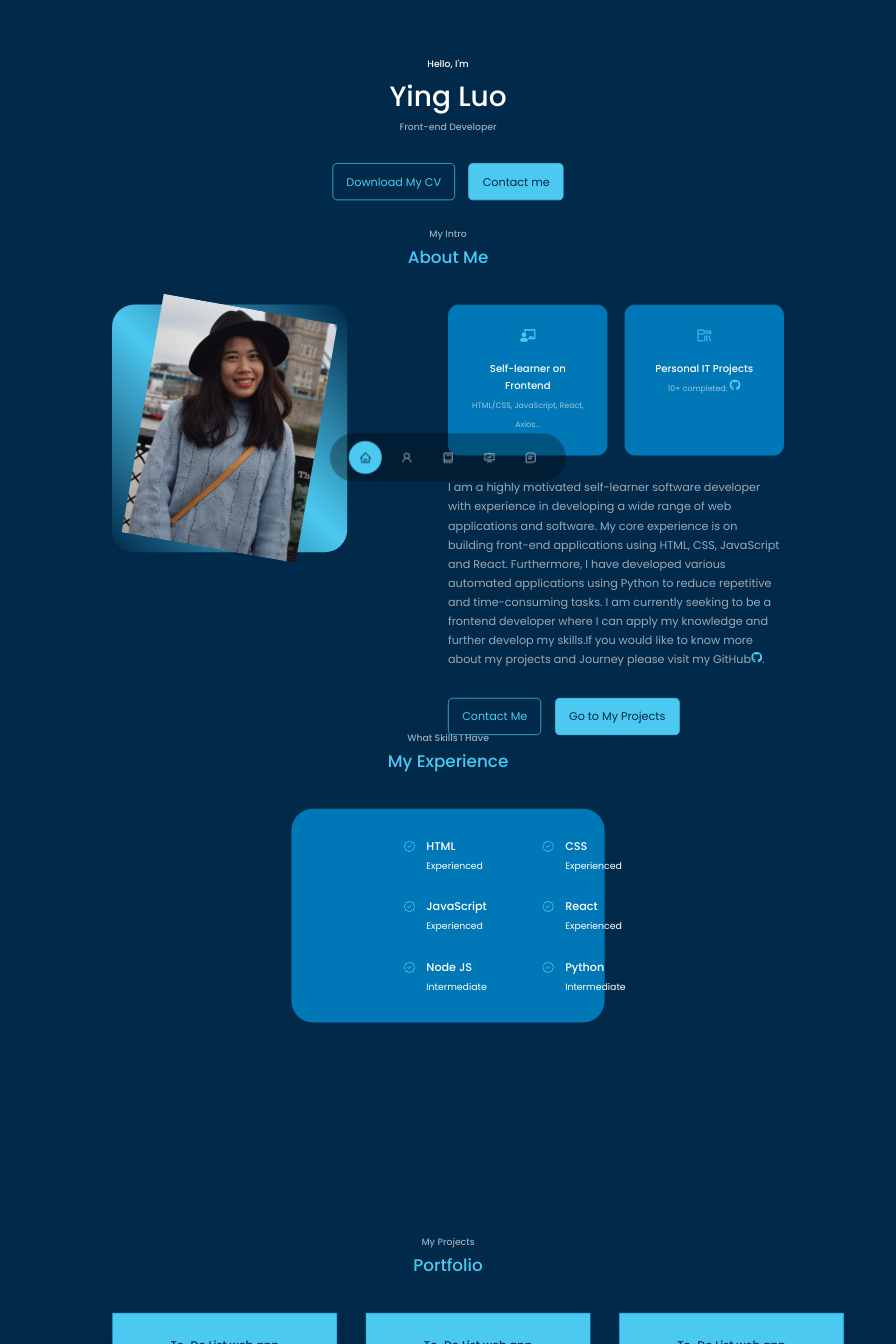
Repository: yingluo1020/react-portfolio-website
Page: /
The author's editor kept a copy of each file at every save. The page is drawn from the files as they stood at one save, then again after the next save.
The browser window is 1280 px wide. The pictures show the part of the page from y = 0 to 1920 px (the page is 3627 px tall before and 3663 px after), at 70% of full size.
The project was rebuilt for these pictures with package versions that can differ from the ones it lists, and the page was loaded fresh each time. Imported but missing from the stored project, and not drawn on this page: src/assets/cv1.pdf.

Above is the page before, as saved 2022-03-16 09:44:39.

### src/index.css
@import url('https://fonts.googleapis.com/css2?family=Poppins:wght@300;400;500;600&display=swap');

* {
 margin: 0;
 padding: 0;
 border: 0;
 outline: 0;
 box-sizing: border-box;
 list-style: none;
 text-decoration: none;
}

:root {
    --color-bg:#012a4a;
    --color-bg-variant:#0077b6;
    --color-primary:#4cc9f0;
    --color-primary-variant:rgba(77,181,255,0.4);
    --color-white:#fff;
    --color-light:rgba(255,255,255,0.6);

    --transition:all 400ms ease;

    --container-width-lg:75%;
    --container-width-md:86%;
    --container-width-sm:90%;
}

html {
    scroll-behavior:smooth;
}

::-webkit-scrollbar {
    display: none;
}

body {
    font-family: 'Poppins', sans-serif;
    background: var(--color-bg);
    color:var(--color-white);
    line-height:1.7;
}

/* general styles */
.container {
    width:var(--container-width-lg);
    margin: 0 auto;
}

h1,
h2,
h3,
h4,
h5 {
    font-weight: 500;
}

h1 {
    font-size: 2.5rem;
}

section {
    /* margin-top: 10rem; */
    height: 100vh;
}

section > h2, section > h5 {
    text-align: center;
    color: var(--color-light);
}

section > h2 {
    color: var(--color-primary);
    margin-bottom: 3rem;
}

.text-light {
    color: var(--color-light);
}

a {
    color: var(--color-primary);
    transition: var(--transition);
}

a:hover {
    color: var(--color-white);
}

.btn {
    width: max-content;
    display: inline-block;
    color: var(--color-primary);
    padding: 0.75rem 1.2rem;
    border-radius:0.4rem;
    cursor: pointer;
    border: 1px solid var(--color-primary);
    transition: var(--transition);
}

.btn:hover{
    background: var(--color-white);
    color: var(--color-bg);
    border-color: transparent;
}

.btn-primary {
    background: var(--color-primary);
    color: var(--color-bg);
}

img{
    display: block;
    width: 100%;
    object-fit: cover;
}

/* media queries(medium devices)*/
@media screen and (max-width:1024px) {
    .container {
        width: var(--container-width-sm);
    }

    section> h2 {
        margin-bottom: 2rem;
    }
}

### src/components/header/Header.js
import React from 'react'
import avatar from '../../assets/avatar.JPG'
import './header.css';
import CV from '../../assets/cv1.pdf'


function Header() {
    return (
        <header>
            <div className="container header_container">
                <h5>Hello, I'm</h5>
                <h1>Ying Luo</h1>
                <h5 className="text-light">Front-end Developer</h5>

                <div className='cta'>
                    <a href={CV} download className='btn'>Download My CV</a>
                    <a href="#contact" className='btn btn-primary'>Contact me</a>
                </div>
            </div>
        </header>
    )
}

export default Header

### src/components/nav/Nav.js
import React, { useState } from 'react'
import './nav.css'
import { AiOutlineHome, } from 'react-icons/ai'
import { AiOutlineUser } from 'react-icons/ai'
import { BiBook } from 'react-icons/bi'
import { AiOutlineFundProjectionScreen } from 'react-icons/ai'
import { BiMessageSquareDetail } from 'react-icons/bi'


function Nav() {
    const [activeNav, setActiveNav] = useState('#')
    return (
        <nav>
            <a href="#" onClick={() => setActiveNav('#')} className={activeNav === '#' ? 'active' : ''}><AiOutlineHome /></a>
            <a href="#about" onClick={() => setActiveNav('#about')} className={activeNav === '#about' ? 'active' : ''}><AiOutlineUser /></a>
            <a href="#experience" onClick={() => setActiveNav('#experience')} className={activeNav === '#experience' ? 'active' : ''}><BiBook /></a>
            <a href="#portfolio" onClick={() => setActiveNav('#services')} className={activeNav === '#services' ? 'active' : ''}><AiOutlineFundProjectionScreen /></a>
            <a href="#contact" onClick={() => setActiveNav('#contact')} className={activeNav === '#contact' ? 'active' : ''}><BiMessageSquareDetail /></a>
        </nav>
    )
}

export default Nav

### src/components/about/About.js
import React from 'react'
import avatar from '../../assets/avatar.JPG'
import { FaChalkboardTeacher } from 'react-icons/fa'
import { VscFolderLibrary } from 'react-icons/vsc'
import { FaGithub } from 'react-icons/fa';
import './about.css';

function About() {
    return (
        <section id='about'>
            <h5>My Intro</h5>
            <h2>About Me</h2>

            <div className="container about_container">
                <div className="about_me">
                    <div className="about_image">
                        <img src={avatar} alt="About Image" />
                    </div>
                </div>

                <div className="about_content">
                    <div className="about_cards">
                        <article className="about_card">
                            <FaChalkboardTeacher className='about_icon' />
                            <h5> Self-learner on Frontend </h5>
                            <small>HTML/CSS, JavaScript, React, Axios...</small>
                        </article>

                        <article className="about_card">
                            <VscFolderLibrary className='about_icon' />
                            <h5>Personal IT Projects </h5>
                            <small>10+ completed:  </small>
                            <a href="https://github.com/yingluo1020" target="_blank"><FaGithub /></a>
                        </article>

                    </div>

                    <p>I am a highly motivated self-learner software developer with experience in developing a wide range of web applications and software. My core experience is on building front-end applications using HTML, CSS, JavaScript and React. Furthermore, I have developed various automated applications using Python to reduce repetitive and time-consuming tasks. I am currently seeking to be a frontend developer where I can apply my knowledge and further develop my skills.If you would like to know more about my projects and Journey please visit my GitHub
                        <a href="https://github.com/yingluo1020" target="_blank"><FaGithub /></a>.
                    </p>
                    <div className="about_btn">
                        <a href="#contact" className="btn btn">Contact Me</a>
                        <a href="#" target="_blank" className="btn btn-primary">Go to My Projects</a>
                    </div>

                </div>
            </div>
        </section>
    )
}

export default About

### src/components/experience/Experience.js
import React from 'react'
import './experience.css';
import { BsPatchCheck } from 'react-icons/bs'


function Experience() {
    return (
        <section id='experience'>
            <h5>What Skills I Have</h5>
            <h2>My Experience</h2>

            <div className="container experience_container">
                <div className="experience_frontend">
                    <div className="experience_content">
                        <article className='experience_details'>
                            <BsPatchCheck className='experience_details-icon' />
                            <div>
                                <h4>HTML</h4>
                                <small className='text_light'>Experienced</small>
                            </div>
                        </article>
                        <article className='experience_details'>
                            <BsPatchCheck className='experience_details-icon' />
                            <div>
                                <h4>CSS</h4>
                                <small className='text_light'>Experienced</small>
                            </div>
                        </article>
                        <article className='experience_details'>
                            <BsPatchCheck className='experience_details-icon' />
                            <div>
                                <h4>JavaScript</h4>
                                <small className='text_light'>Experienced</small>
                            </div>
                        </article>
                        <article className='experience_details'>
                            <BsPatchCheck className='experience_details-icon' />
                            <div>
                                <h4>React</h4>
                                <small className='text_light'>Experienced</small>
                            </div>
                        </article>
                        <article className='experience_details'>
                            <BsPatchCheck className='experience_details-icon' />
                            <div>
                                <h4>Node JS</h4>
                                <small className='text_light'>Intermediate</small>
                            </div>
                        </article>
                        <article className='experience_details'>
                            <BsPatchCheck className='experience_details-icon' />
                            <div>
                                <h4>Python</h4>
                                <small className='text_light'>Intermediate</small>
                            </div>
                        </article>
                    </div>
                </div>
            </div>
        </section>
    )
}

export default Experience

### src/components/portfolio/Portfolio.js
import React from 'react'
import './portfolio.css';
import project1 from '../../assets/todo1.jpg'
import project2 from '../../assets/search.jpg'
import project3 from '../../assets/btc_alert.jpg'



function Portfolio() {
    return (
        <section id='portfolio'>
            <h5>My Projects</h5>
            <h2>Portfolio</h2>
            <div className="container portfolio_container ">
                <article className='portfolio'>
                    <div className="portfolio_head">
                        <h3 >To-Do List web app</h3>
                    </div>


                    <div className="portfolio_item-image">
                        <img src={project1} alt="project1" />
                    </div>

                    <div className="portfolio_link">
                        <a href="https://github.com" target='_blank' className='btn btn-primary'>Github</a>
                    </div>
                </article>

                <article className='portfolio'>
                    <div className="portfolio_head">
                        <h3 >To-Do List web app</h3>
                    </div>

                    <div className="portfolio_body">
                        <div className="portfolio_item-image">
                            <img src={project2} alt="project1" />
                        </div>
                    </div>
                    <div className="portfolio_link">
                        <a href="https://github.com" target='_blank' className='btn btn-primary'>Github</a>
                    </div>
                </article>

                <article className='portfolio'>
                    <div className="portfolio_head">
                        <h3 >To-Do List web app</h3>
                    </div>

                    <div className="portfolio_body">
                        <div className="portfolio_item-image">
                            <img src={project3} alt="project1" />
                        </div>
                    </div>
                    <div className="portfolio_link">
                        <a href="https://github.com" target='_blank' className='btn btn-primary'>Github</a>
                    </div>
                </article>

            </div>
        </section>
    )
}

export default Portfolio

### src/components/contact/Contact.js
import React, { useRef } from 'react'
import './contact.css'
import { MdOutlineEmail } from 'react-icons/md'
import { RiMessengerLine } from 'react-icons/ri'
import { BsWhatsapp } from 'react-icons/bs'
import emailjs from '@emailjs/browser';


function Contact() {
    const form = useRef();

    const sendEmail = (e) => {
        e.preventDefault();

        emailjs.sendForm('service_s6sapzl', 'template_utnko3u', form.current, 'user_Ak4JS85QR5w9GZLqKm3hY')

        alert(`I'll will reply you ASAP :)`)
        e.target.reset()
    };

    return (
        <section id="contact">
            <h5>Get In Touch</h5>
            <h2>Contact Me</h2>

            <div className="container contact_container">
                <div className="contact_options">
                    <article className='contact_option'>
                        <MdOutlineEmail className='contact_option-icon' />
                        <h4>Email</h4>
                        <h5>yingluo1020@gmail.com</h5>
                        <a href="mailto:yingluo1020@gmail.com" target='_blank'>Send a message</a>
                    </article>

                    <article className='contact_option'>
                        <RiMessengerLine className='contact_option-icon' />
                        <h4>Messenger</h4>
                        <h5>Ying Luo</h5>
                        <a href="https://m.me/yng.luo" target='_blank'>Send a message</a>
                    </article>

                    <article className='contact_option'>
                        <BsWhatsapp className='contact_option-icon' />
                        <h4>WhatsApp</h4>
                        <h5>+44 7407171383</h5>
                        <a href="https://api.whatsapp.com/send?phone+447407171383" target='_blank'>Send a message</a>
                    </article>
                </div>
                {/* End of contact options */}
                <form action="" ref={form} onSubmit={sendEmail}>
                    <input type="text" name='name' placeholder='Your Name' required />
                    <input type="email" name='email' placeholder='Your Email' required />
                    <textarea type="text" name='name' placeholder='Your Message' required ></textarea>
                    <button type="submit" className="btn btn-primary">Send a message</button>
                </form>

            </div>
        </section>

    )
}

export default Contact

### src/components/footer/Footer.js
import React from 'react'
import './footer.css'
import { BsLinkedin } from 'react-icons/bs';
import { FaGithub } from 'react-icons/fa';
import { FiDribbble } from 'react-icons/fi';


function Footer() {
    return (
        <footer>
            <a href="https://github.com/yingluo1020" target="_blank" className='footer_logo'><FaGithub /> Ying Luo</a>
            <ul className='permalinks'>
                <li><a href="#">Home</a></li>
                <li><a href="#about">About</a></li>
                <li><a href="#experience">Experience</a></li>
                <li><a href="#portfolio">Portfolio</a></li>
                <li><a href="#contact">Contact</a></li>
            </ul>

            <div className="footer_copyright">
                <small>&copy; All rights reserved by Ying Luo.</small>
            </div>
        </footer>
    )
}

export default Footer

### src/components/header/header.css
header {
    height: 45vh;
    padding-top: 5rem;
    overflow: hidden;
}

.header_container {
    text-align: center;
    height: 100%;
    position: relative;
}

.cta {
    margin: 2.5rem auto;
    display: flex;
    gap:1.2rem;
    justify-content: center;
}

.avatar {
    background: linear-gradient(var(--color-primary),transparent) ;
    width: 22rem;
    height: 30rem;
    position: absolute;
    left: calc(50% - 11rem);
    border-radius: 12rem 12rem 0 0 ;
    overflow: hidden;
    padding: 5rem 1.5rem 1.5rem 1.5rem;
}

### src/components/nav/nav.css
nav {
    background: rgba(0, 0, 0, 0.3);
    width: max-content;
    display: block;
    padding:0.7rem 1.7rem;
    z-index: 2;
    position: fixed;
    left: 50%;
    transform: translateX(-50%);
    bottom: 2rem;
    display: flex;
    gap: 0.8rem;
    border-radius: 3rem;
    /* backdrop-filter: blur(15px); */
}

nav a {
    background: transparent;
    padding: 0.9rem;
    border-radius:50% ;
    display: flex;
    color: var(--color-light);
    font-size: 1.1rem;
}

nav a:hover{
    background: rgba(0, 0, 0, 0.3);
}

nav a.active {
    background: var(--color-primary);
    color: var(--color-bg);
}

### src/components/about/about.css
.about_container {
    display: grid;
    grid-template-columns: 35% 50%;
    gap: 15%;
}

.about_me{
    width: 100%;
    aspect-ratio: 0.95/1;
    border-radius: 2rem;
    background: linear-gradient(45deg,transparent,var( --color-primary),transparent);
    display: grid;
    place-items: center;
}

.about_image {
    border-radius: 2rem;
    overflow: hidden;
    transform: rotate(10deg);
    transition: var(--transition);
}

.about_image:hover{
    transform: rotate(0);
}

.about_image img {
    width: 75%;
    margin: 0 auto;
}
.about_cards {
    display: grid;
    grid-template-columns: repeat(2,1fr);
    gap: 1.5rem;
}

.about_card {
    background: var(--color-bg-variant);
    border:1px solid transparent ;
    border-radius: 1rem;
    padding: 2rem;
    text-align: center;
    transition: var(--transition);
}

.about_card:hover {
    background:transparent;
    border-color:var(--color-primary-variant) ;
    cursor: default;
}

.about_icon {
    color: var(--color-primary);
    font-size: 1.4rem;
    margin-bottom: 1rem;
}

.about_card h5 {
    font-size: 0.9rem;
}

.about_card small {
    font-size: 0.7rem;
    color: var(--color-light);
}

.about_content p {
    margin: 2rem 0 2.6rem;
    color: var(--color-light);
}

.about_content .about_btn {
    display: flex;
    gap:1.2rem;
}

/* media queries(medium devices)*/
@media screen and (max-width:1024px) {
    .about_container {
        grid-template-columns: 1fr ;
        gap:0;
    }

    .about_me{
        width: 50%;
        margin: 2rem auto 4rem;
    }

    .about_content p {
        margin: 1rem 0 1.5rem;
    }
}

/* media queries(small devices)*/
@media screen and (max-width:600px) {
    .about_me{
        width: 65%;
        margin: 0 auto 3rem;
    }

    .about_cards {
        grid-template-columns: 1fr 1fr;
        gap: 1rem;
    }

    .about_content {
        text-align: center;
    }

    .about_content p {
        margin: 1.5rem 0;
    }
}

### src/components/experience/experience.css
.experience_container{
    width: 35%;
}

.experience_container >div {
    background: var(--color-bg-variant);
    padding: 2.4rem 10rem;
    border-radius: 2rem;
    border: 1px solid transparent;
    transition: var(--transition);
}

.experience_container >div:hover{
    background: transparent;
    border-color: var(--color-primary-variant);
    cursor: default;
}

.experience_content {
    display: grid;
    grid-template-columns: 1fr 1fr;
    gap: 5rem;
    row-gap: 2rem;
}

.experience_details {
    display: flex;
    gap: 1rem;
}

.experience_details-icon{
    margin-top: 6px;
    color: var(--color-primary);
}

/* media queries(medium devices)*/
@media screen and (max-width:1024px) {
    .experience_container{
        grid-template-columns: 1fr;
    }

    .experience_container >div {
        width: 80%;
        padding: 2rem;
        margin: 0 auto;
    }

    .experience_content {
        padding: 1rem;
    }
}

/* media queries(small devices)*/
@media screen and (max-width:600px) {
    .experience_container{
        gap: 1rem;
    }

    .experience_container >div {
        width: 100%;
        padding: 2rem 1rem;
    }
}

### src/components/portfolio/portfolio.css
.portfolio_container{
    display: grid;
    grid-template-columns: repeat(3,1fr);
    gap: 2.5rem;
}

.portfolio {
    background: var(--color-bg-variant);
    border-radius:0 0 2rem 2rem;
    border: 1px solid transparent;
    /* height: fit-content; */
    transition: var(--transition);
}

.portfolio:hover {
    background: transparent;
    border-color: var(--color-primary-variant);
    transition: var(--transition);
}

.portfolio_head{
    background: var(--color-primary);
    border-radius:0 0 2rem 2rem;
    padding: 2rem;
    box-shadow: 0 2rem 1rem rgba(0,0,0,0.1);
}

.portfolio_head h3 {
    text-align: center;
    font-size: 1rem;
    color: var(--color-bg);
}

.portfolio_item-image {
    width: 20rem;
    height: 20rem;
    /* aspect-ratio: 1/1;   */
    border-radius: 1.5rem;
    overflow: hidden;
    margin: 1rem auto;
}

.portfolio_link {
    display: flex;
    justify-content: center;
    margin: 1rem 0;
}


/* media queries(medium devices)*/
@media screen and (max-width:1024px) {
    .portfolio_container{
        grid-template-columns: 1fr 1fr;
        gap: 1.2rem;
    }
}

/* media queries(small devices)*/
@media screen and (max-width:600px) {
    .portfolio_container {
        grid-template-columns: 1fr;
        gap: 1rem;
    }
}

### src/components/contact/contact.css
.contact_container {
    width: 58%;
    display: grid;
    grid-template-columns: 30% 58%;
    gap: 12%;
}

.contact_options {
    display: flex;
    flex-direction: column;
    gap: 1.2rem;
}

.contact_option{
    background: var(--color-bg-variant);
    padding: 1.2rem ;
    border-radius:1.2rem;
    border: 1px solid transparent;
    text-align: center;
    transition: var(--transition);
}

.contact_option:hover{
    background: transparent;
    border-color: var(--color-primary-variant);
}

.contact_option-icon{
    font-size: 1.5rem;
    margin-bottom: 0.5rem;
}

.contact_option a {
    margin-top: 0.7rem;
    display: inline-block;
    font-size: 0.8rem;
}

/* form */
form {
    display: flex;
    flex-direction: column;
    gap: 1.2rem;
}

input, textarea{
    width: 100%;
    padding: 1.5rem ;
    border-radius:0.5rem;
    border: 2px solid var(--color-primary-variant);
    background: transparent;
    resize: none; /* 元素不能被用户缩放。 */
    color: var(--color-white);
}

/* media queries(medium devices)*/
@media screen and (max-width:1024px) {
    .contact_container {
        grid-template-columns: 1fr;
        gap: 2rem;
    }

}

/* media queries(small devices)*/
@media screen and (max-width:600px) {
    .contact_container{
        width: var(--container-width-sm);
    }
}

### src/components/footer/footer.css
footer {
    background: var(--color-primary);
    padding: 2rem 0;
    text-align: center;
    font-size: 0.9rem;
    margin-top: 7rem;
}

footer a {
    color: var(--color-bg);
}

.footer_logo{
    font-size: 2rem;
    font-weight: 500;
    margin-bottom: 2rem;
    display: inline-block;
}

.permalinks{
    display: flex;
    flex-wrap: wrap;
    justify-content: center;
    gap: 2rem;
    margin: 0 auto 3rem;
}

.footer_socials{
    display: flex;
    justify-content: center;
    gap: 1rem;
    margin-bottom: 4rem;
}

.footer_socials a {
    display: flex;
    background: var(--color-bg);
    color: var(--color-white);
    padding: 0.8rem;
    border-radius: 0.7rem;
    border: 1px solid transparent;
    transition: var(--transition);
}

.footer_socials a:hover{
    background: transparent;
    color: var(--color-bg);
    border-color: var(--color-bg);
}

.footer_copyright {
    margin-bottom: 4rem;
    color: var(--color-bg);
}

/* media queries(small devices)*/
@media screen and (max-width:600px) {
    .permalinks{
        flex-direction: column;
        gap: 1.5rem;
    }

    .footer_socials{
        margin-bottom: 2.6rem;
    }
}

Loaded but not shown: public/index.html (common file); src/index.js (common file); src/App.js (common file)

After the next save:
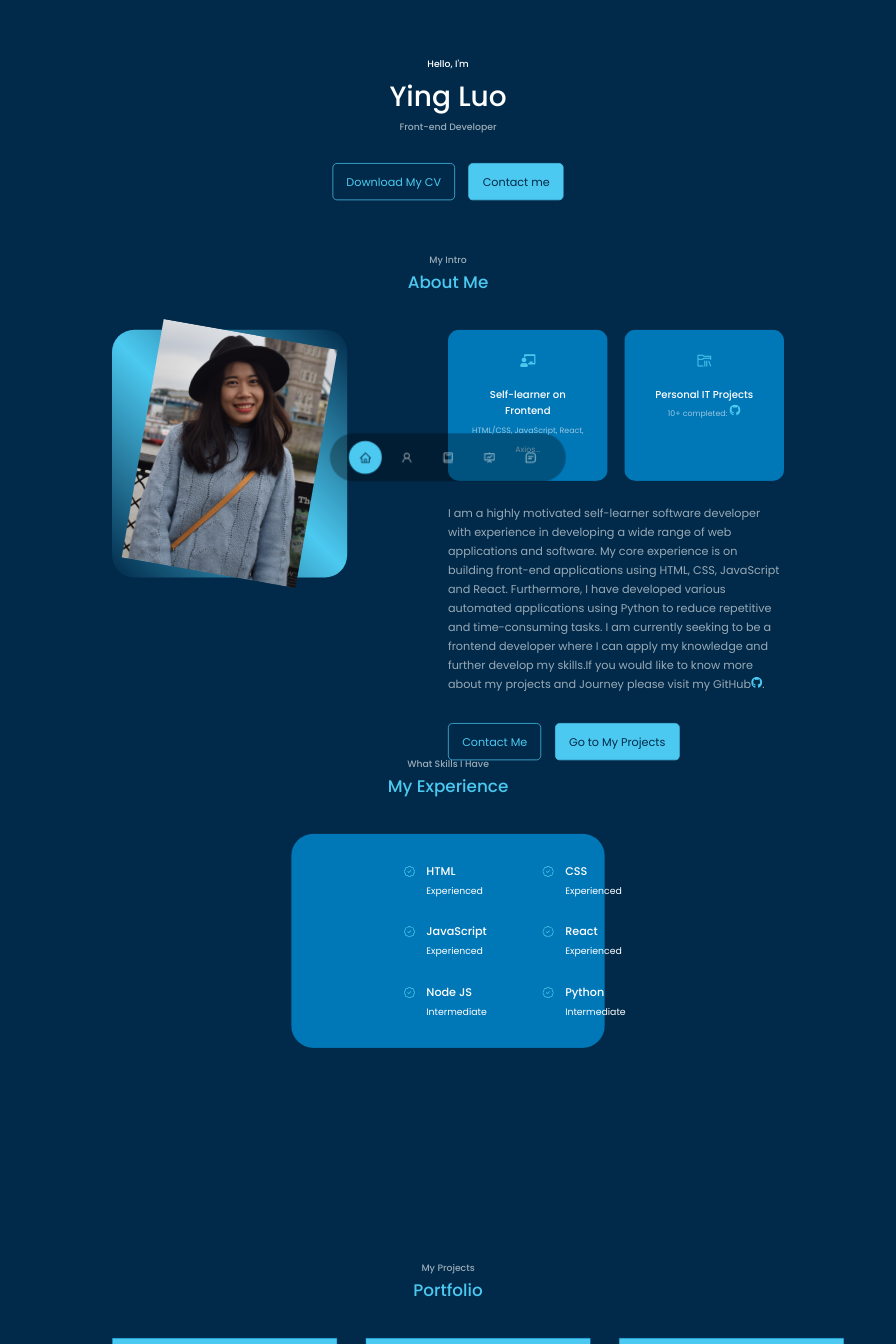
Saved 14 s later.
--- a/src/components/header/header.css
+++ b/src/components/header/header.css
@@ -1,5 +1,5 @@
 header {
-    height: 45vh;
+    height: 50vh;
     padding-top: 5rem;
     overflow: hidden;
 }
